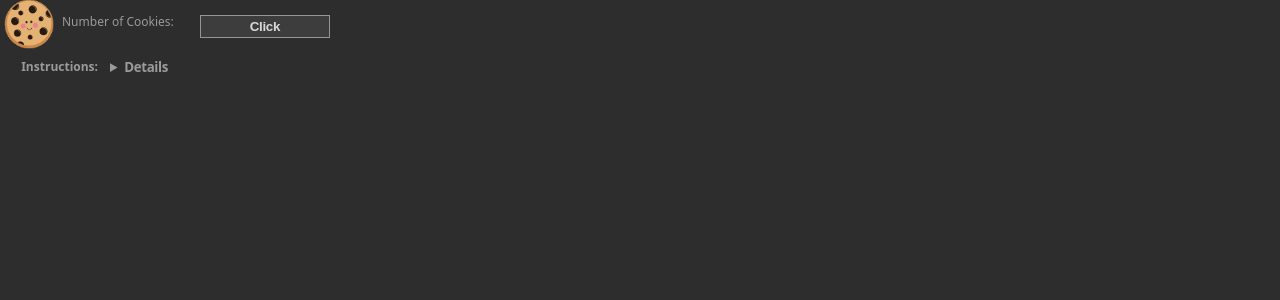
Repository: f00d4tehg0dz/elgato-streamdeck-cookie-clicker
Page: com.f00d4tehg0dz.cookieclicker.sdPlugin/cookieclicker.html
An editor plug-in stored every save of this project. The page is shown before and after the next save, followed by the edit.
The browser window is 1280 px wide. The pictures show the whole page.

Above is the page before, as saved 2022-01-28 11:56:23.

After the next save:
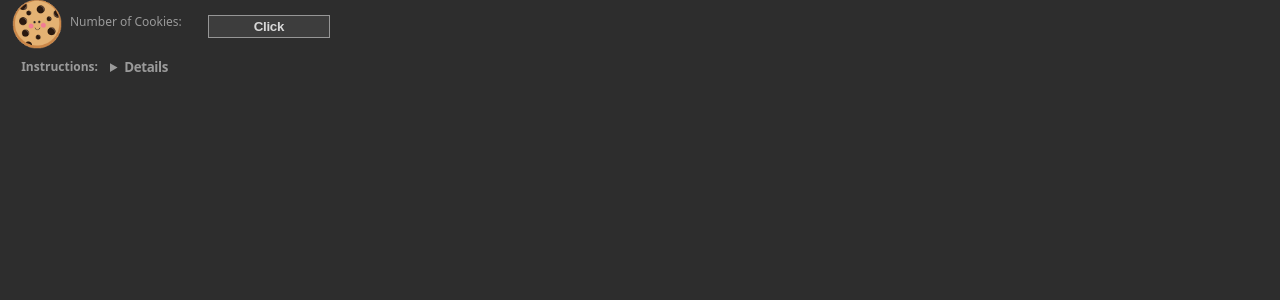
Saved 34 s later.
--- a/com.f00d4tehg0dz.cookieclicker.sdPlugin/cookieclicker.html
+++ b/com.f00d4tehg0dz.cookieclicker.sdPlugin/cookieclicker.html
@@ -13,6 +13,7 @@
 <body>
 <div class="sdpi-wrapper">
     <div class="sdpi-item">
+        <div id = "cookie-title"></div>
         <div id = "cookie" onclick="cookieClick()">
             <img src="icon-animate.gif" width="50px"/>
         </div>
